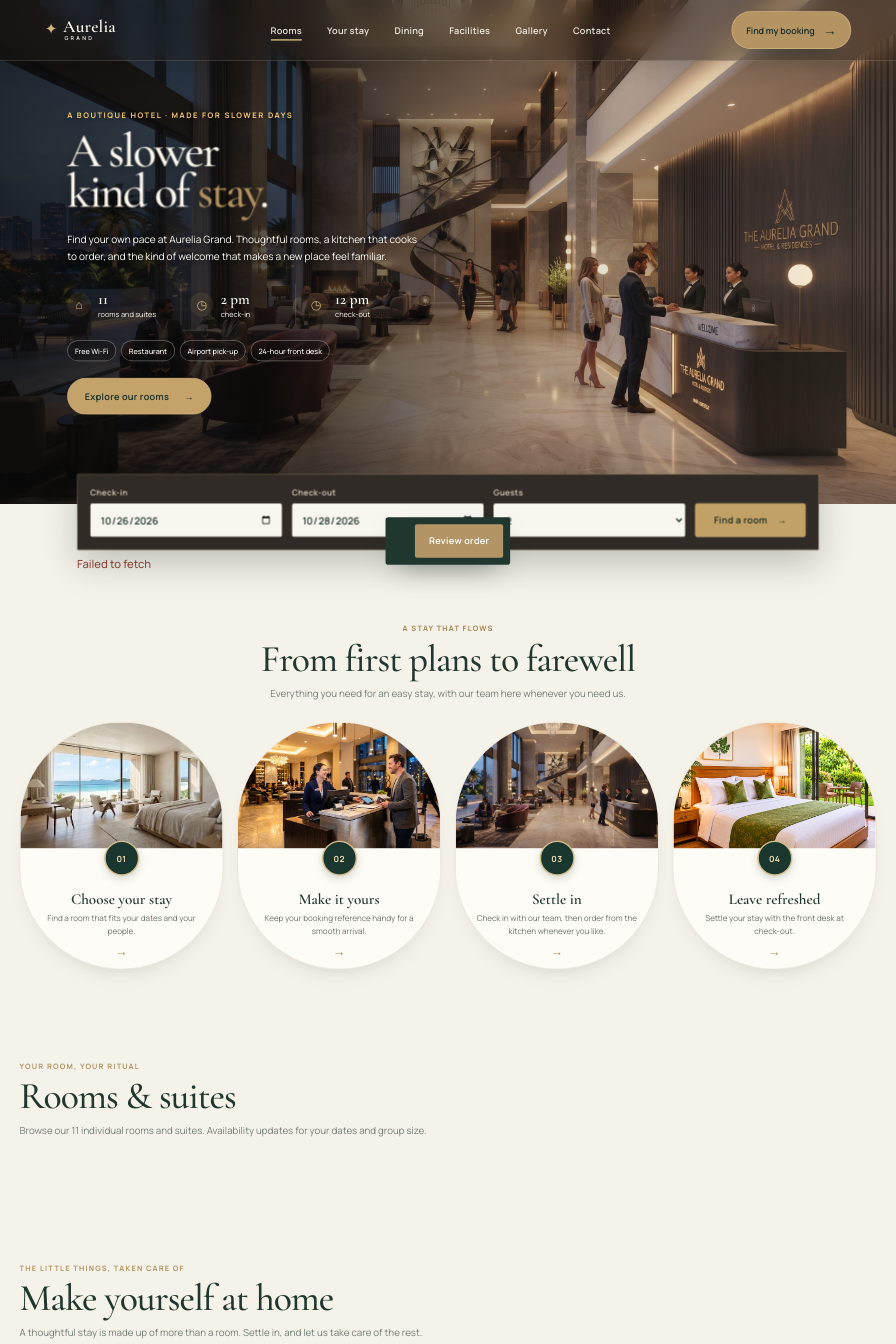
Repository: Deneththri/Hotel-System
Page: public/index.html
The author's editor kept a copy of each file at every save. The page is drawn from the files as they stood at one save, then again after the next save.
The browser window is 1280 px wide. The pictures show the part of the page from y = 0 to 1920 px (the page is 3882 px tall), at 70% of full size.
The page's requests for data from a server got no answer.

Above is the page before, as saved 2026-11-08 17:11:01.

### public/index.html
<!DOCTYPE html>
<html lang="en">

<head>
  <meta charset="utf-8">
  <meta name="viewport" content="width=device-width,initial-scale=1">
  <meta name="theme-color" content="#17352d">
  <meta name="description"
    content="Find your own pace at Aurelia Grand. Thoughtful rooms, a kitchen that cooks to order, and a warm welcome.">
  <title>Aurelia Grand | A slower kind of stay</title>
  <link rel="preconnect" href="https://fonts.googleapis.com">
  <link rel="preconnect" href="https://fonts.gstatic.com" crossorigin>
  <link
    href="https://fonts.googleapis.com/css2?family=Cormorant+Garamond:wght@500;600;700&family=Manrope:wght@400;500;600;700&display=swap"
    rel="stylesheet">
  <link rel="stylesheet" href="style.css">
</head>

<body class="landing-page">
  <a class="skip-link" href="#main">Skip to content</a>
  <header class="nav">
    <div class="brand-wrap">
      <span class="brand-mark" aria-hidden="true">✦</span>
      <a class="brand brand-lockup" href="#top" aria-label="Aurelia Grand home"><span
          class="brand-name">Aurelia</span><span class="brand-subtitle">GRAND</span></a>
    </div>
    <nav class="main-nav" id="mainNav" aria-label="Main navigation">
      <a href="#stay">Rooms</a>
      <a href="#journey">Your stay</a>
      <a href="#dining">Dining</a>
      <a href="#facilities">Facilities</a>
      <a href="#gallery">Gallery</a>
      <a href="#contact">Contact</a>
    </nav>
    <a class="booking-pill" href="#manage">Find my booking <span aria-hidden="true">→</span></a>
    <button class="menu-toggle" type="button" aria-label="Open menu" aria-controls="mainNav"
      aria-expanded="false">☰</button>
  </header>

  <main id="main" class="landing-shell">
    <section class="hero" id="top" aria-labelledby="heroTitle">
      <div class="hero-copy">
        <p class="eyebrow">A BOUTIQUE HOTEL · MADE FOR SLOWER DAYS</p>
        <h1 class="hero-title" id="heroTitle"><span>A slower</span><span>kind of <em
              class="hero-accent">stay</em>.</span></h1>
        <p class="lead">Find your own pace at Aurelia Grand. Thoughtful rooms, a kitchen that cooks to order, and the
          kind of welcome that makes a new place feel familiar.</p>
        <div class="stats" aria-label="Hotel information">
          <div class="stat-item"><span class="stat-icon" aria-hidden="true">⌂</span>
            <div><strong>11</strong><small>rooms and suites</small></div>
          </div>
          <div class="stat-item"><span class="stat-icon" aria-hidden="true">◷</span>
            <div><strong>2 pm</strong><small>check-in</small></div>
          </div>
          <div class="stat-item"><span class="stat-icon" aria-hidden="true">◷</span>
            <div><strong>12 pm</strong><small>check-out</small></div>
          </div>
        </div>
        <div class="amen" aria-label="Hotel amenities">
          <span>Free Wi-Fi</span><span>Restaurant</span><span>Airport pick-up</span><span>24-hour front desk</span>
        </div>
        <a class="btn dark hero-cta" href="#search">Explore our rooms <span aria-hidden="true">→</span></a>
      </div>
    </section>

    <form id="search" class="card search booking-search" aria-label="Search room availability">
      <label>Check-in<input type="date" id="checkIn" required></label>
      <label>Check-out<input type="date" id="checkOut" required></label>
      <label>Guests<select id="guests">
          <option>1</option>
          <option selected>2</option>
          <option>3</option>
          <option>4</option>
        </select></label>
      <button class="btn" type="submit">Find a room <span aria-hidden="true">→</span></button>
    </form>
    <p id="searchMsg" class="msg" role="status" aria-live="polite"></p>


    <section id="journey" class="section journey-section" aria-labelledby="journeyTitle">
      <div class="section-heading" data-reveal>
        <p class="eyebrow">A STAY THAT FLOWS</p>
        <h2 id="journeyTitle">From first plans to farewell</h2>
        <p class="muted">Everything you need for an easy stay, with our team here whenever you need us.</p>
      </div>
      <ol class="journey-track">
        <!-- Replace each image src with your own photo when ready. -->
        <li class="journey-step" data-reveal>
          <div class="journey-photo"><img src="images/first.jpg" alt=""></div>
          <span class="journey-number" aria-hidden="true">01</span>
          <div class="journey-copy">
            <h3>Choose your stay</h3>
            <p>Find a room that fits your dates and your people.</p><span class="journey-arrow"
              aria-hidden="true">→</span>
          </div>
        </li>
        <li class="journey-step" data-reveal>
          <div class="journey-photo"><img src="images/second.jpg" alt=""></div>
          <span class="journey-number" aria-hidden="true">02</span>
          <div class="journey-copy">
            <h3>Make it yours</h3>
            <p>Keep your booking reference handy for a smooth arrival.</p><span class="journey-arrow"
              aria-hidden="true">→</span>
          </div>
        </li>
        <li class="journey-step" data-reveal>
          <div class="journey-photo"><img src="images/aurelia-bg.jpg" alt=""></div>
          <span class="journey-number" aria-hidden="true">03</span>
          <div class="journey-copy">
            <h3>Settle in</h3>
            <p>Check in with our team, then order from the kitchen whenever you like.</p><span class="journey-arrow"
              aria-hidden="true">→</span>
          </div>
        </li>
        <li class="journey-step" data-reveal>
          <div class="journey-photo"><img src="images/garden.png" alt=""></div>
          <span class="journey-number" aria-hidden="true">04</span>
          <div class="journey-copy">
            <h3>Leave refreshed</h3>
            <p>Settle your stay with the front desk at check-out.</p><span class="journey-arrow"
              aria-hidden="true">→</span>
          </div>
        </li>
      </ol>
    </section>

    <section id="stay" class="section stay-section">
      <div class="section-heading" data-reveal>
        <p class="eyebrow">YOUR ROOM, YOUR RITUAL</p>
        <h2>Rooms &amp; suites</h2>
        <p class="muted">Browse our 11 individual rooms and suites. Availability updates for your dates and group size.
        </p>
      </div>
      <p class="room-results-meta" id="roomResultsMeta" role="status" aria-live="polite"></p>
      <div class="room-carousel">
        <button class="room-arrow room-arrow-prev" type="button" aria-label="Show previous rooms" aria-controls="rooms"
          disabled>&larr;</button>
        <div id="rooms" class="grid room-track" aria-live="polite" tabindex="0"></div>
        <button class="room-arrow room-arrow-next" type="button" aria-label="Show more rooms" aria-controls="rooms"
          disabled>&rarr;</button>
      </div>
    </section>

    <section id="facilities" class="section facilities-section">
      <div class="section-heading" data-reveal>
        <p class="eyebrow">THE LITTLE THINGS, TAKEN CARE OF</p>
        <h2>Make yourself at home</h2>
        <p class="muted">A thoughtful stay is made up of more than a room. Settle in, and let us take care of the rest.
        </p>
      </div>
      <div class="facility-grid">
        <article class="facility-card" data-reveal><span class="facility-icon" aria-hidden="true">⌁</span>
          <h3>Room to unwind</h3>
          <p>Comfortable rooms and suites with the details you need to slow down and settle in.</p>
        </article>
        <article class="facility-card" data-reveal><span class="facility-icon" aria-hidden="true">✳</span>
          <h3>Made-to-order dining</h3>
          <p>Freshly prepared favourites from our kitchen, delivered to your room or ready to collect.</p>
        </article>
        <article class="facility-card" data-reveal><span class="facility-icon" aria-hidden="true">◷</span>
          <h3>Here whenever you need us</h3>
          <p>Our front desk is available around the clock, with airport pick-up available on request.</p>
        </article>
      </div>
    </section>

    <section id="gallery" class="section gallery-section">
      <div class="gallery-copy" data-reveal>
        <p class="eyebrow">A GLIMPSE OF OLU</p>
        <h2>Arrive, and exhale.</h2>
        <p class="muted">Tropical greenery, warm light and a welcome that feels like it has been waiting just for you.
        </p>
        <a class="text-link" href="#search">Find your stay <span aria-hidden="true">→</span></a>
      </div>
      <figure class="gallery-photo" data-reveal role="img"
        aria-label="A serene guest room opening onto the hotel garden"></figure>
    </section>

    <section id="dining" class="section dining">
      <div class="section-heading" data-reveal>
        <p class="eyebrow">FROM OUR KITCHEN</p>
        <h2>A little something delicious</h2>
        <p class="muted">Order from our kitchen. Add your booking reference at checkout and we'll bring it to your room.
        </p>
      </div>
      <div id="menuStatus" class="muted" role="status" aria-live="polite"></div>
      <div id="tabs" class="tabs" aria-label="Menu categories"></div>
      <div id="menu"></div>
    </section>

    <section id="contact" class="section contact-section">
      <div data-reveal>
        <p class="eyebrow">A WARM WELCOME, ALWAYS</p>
        <h2>We're here to help.</h2>
        <p class="muted">Need a hand with an upcoming stay? Look up your booking or browse the kitchen menu.</p>
      </div>
      <div class="contact-actions" data-reveal>
        <a class="btn dark" href="#manage">Find my booking <span aria-hidden="true">→</span></a>
        <a class="btn ghost" href="#dining">Explore dining</a>
      </div>
    </section>

    <section id="manage" class="section narrow">
      <div class="section-heading" data-reveal>
        <p class="eyebrow">YOUR STAY, AT YOUR FINGERTIPS</p>
        <h2>Find my booking</h2>
        <p class="muted">Enter your reference and the email you booked with to view or cancel.</p>
      </div>
      <form id="lookup" class="card lookup">
        <input id="lref" placeholder="Reference, e.g. OL-1A2B3C" aria-label="Booking reference" required>
        <input id="lemail" type="email" placeholder="Email address" aria-label="Booking email address" required>
        <button class="btn ghost" type="submit">Find booking</button>
      </form>
      <p id="lookupMsg" class="msg" role="status" aria-live="polite"></p>
      <div id="lookupResult"></div>
    </section>
  </main>

  <footer><a class="footer-brand" href="#top">Aurelia Grand</a><span>Thoughtful stays, at your own pace.</span><a
      href="#contact">Get in touch</a><a href="/admin.html">Staff sign in</a></footer>
  <div class="cartbar" id="cartbar"><span></span><button class="btn" id="reviewBtn">Review order</button></div>
  <button class="pill" id="pill" hidden></button>
  <div id="modal" class="modal" hidden>
    <div class="sheet card" role="dialog" aria-modal="true" aria-labelledby="sheetTitle">
      <button class="x" id="close" aria-label="Close">&times;</button>
      <div id="sheetBody"></div>
    </div>
  </div>
  <script src="app.js"></script>
</body>

</html>

Loaded but not shown: public/app.js (140 lines, source omitted); public/style.css (4269 lines, source omitted)

After the next save:
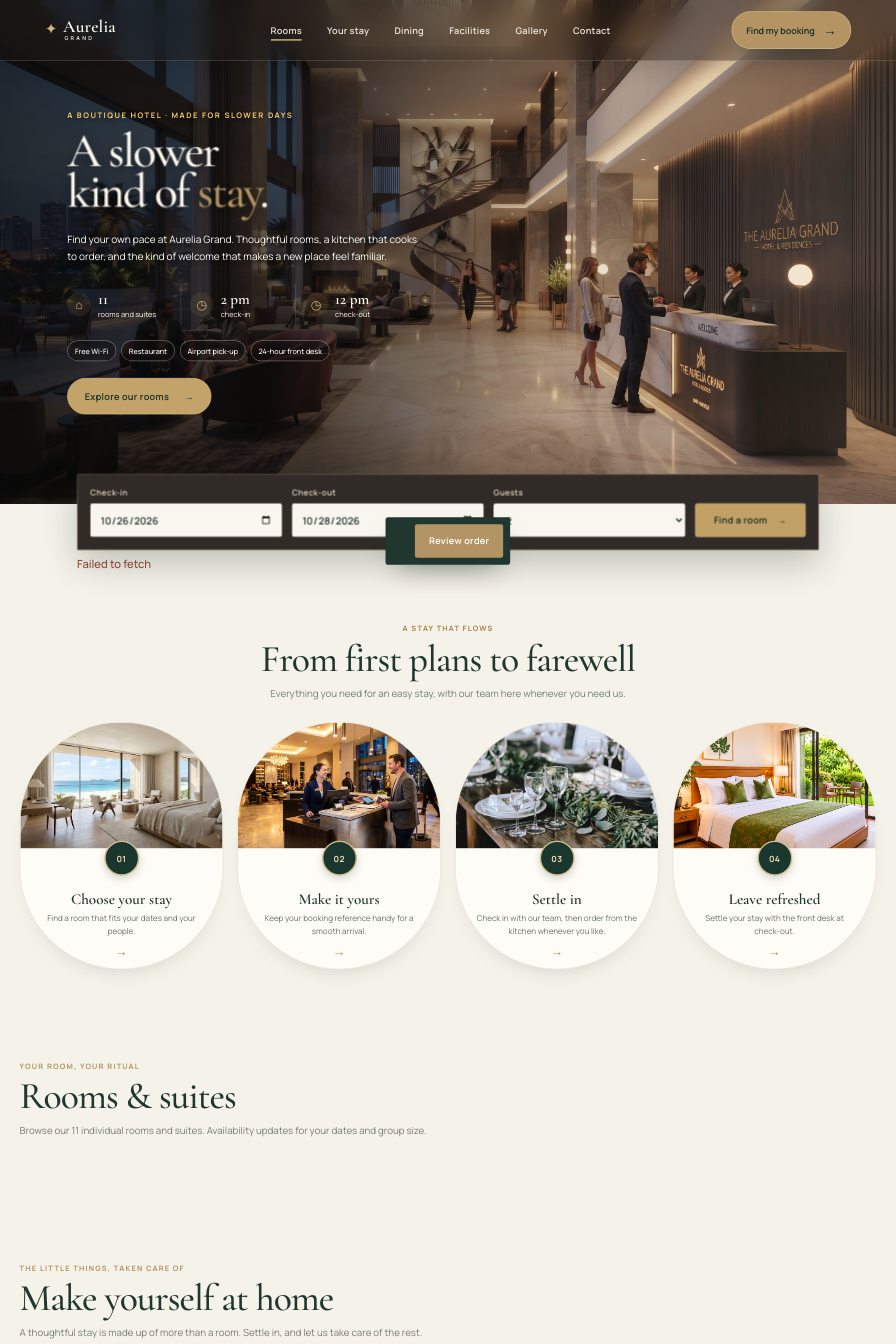
Saved 5 min 39 s later.
--- a/public/index.html
+++ b/public/index.html
@@ -104,7 +104,7 @@
           </div>
         </li>
         <li class="journey-step" data-reveal>
-          <div class="journey-photo"><img src="images/aurelia-bg.jpg" alt=""></div>
+          <div class="journey-photo"><img src="images/third.jpg" alt=""></div>
           <span class="journey-number" aria-hidden="true">03</span>
           <div class="journey-copy">
             <h3>Settle in</h3>
